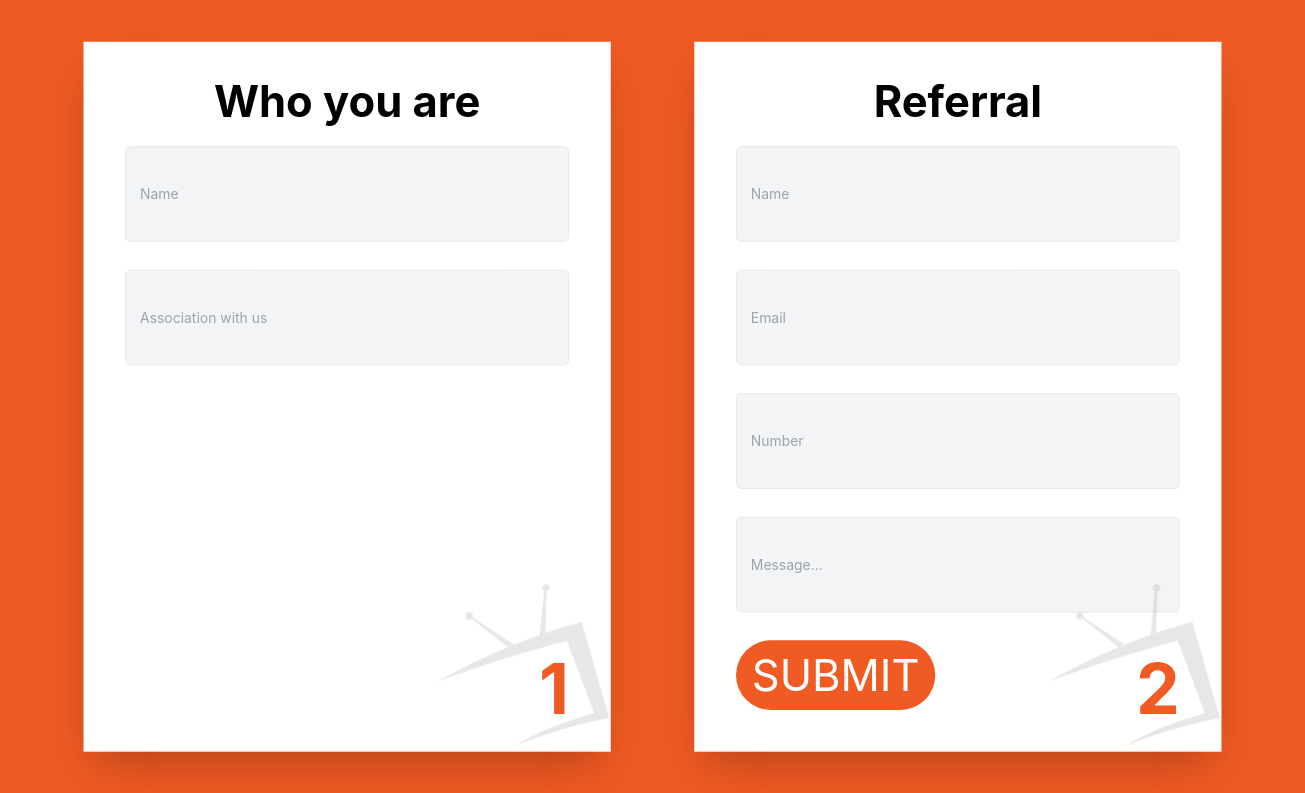
Repository: legenddev1202/whyclicktv
Page: /referrel
An editor plug-in stored every save of this project. The page is shown before and after a run of saves, followed by the edit.
The browser window is 1280 px wide. The page is 1500 px wide, so the pictures cover 1500 px, including what lies to the right of the window. The pictures show the whole page, at 87% of full size.
The project was rebuilt for these pictures with package versions that can differ from the ones it lists, and the page was loaded fresh each time. Also part of the build but not shown: src/App.css, src/pages/home.js, src/pages/about.js, src/pages/contact.js, src/pages/partners.js.

Above is the page before, as saved 2022-03-31 15:16:19.

After the next 2 saves:
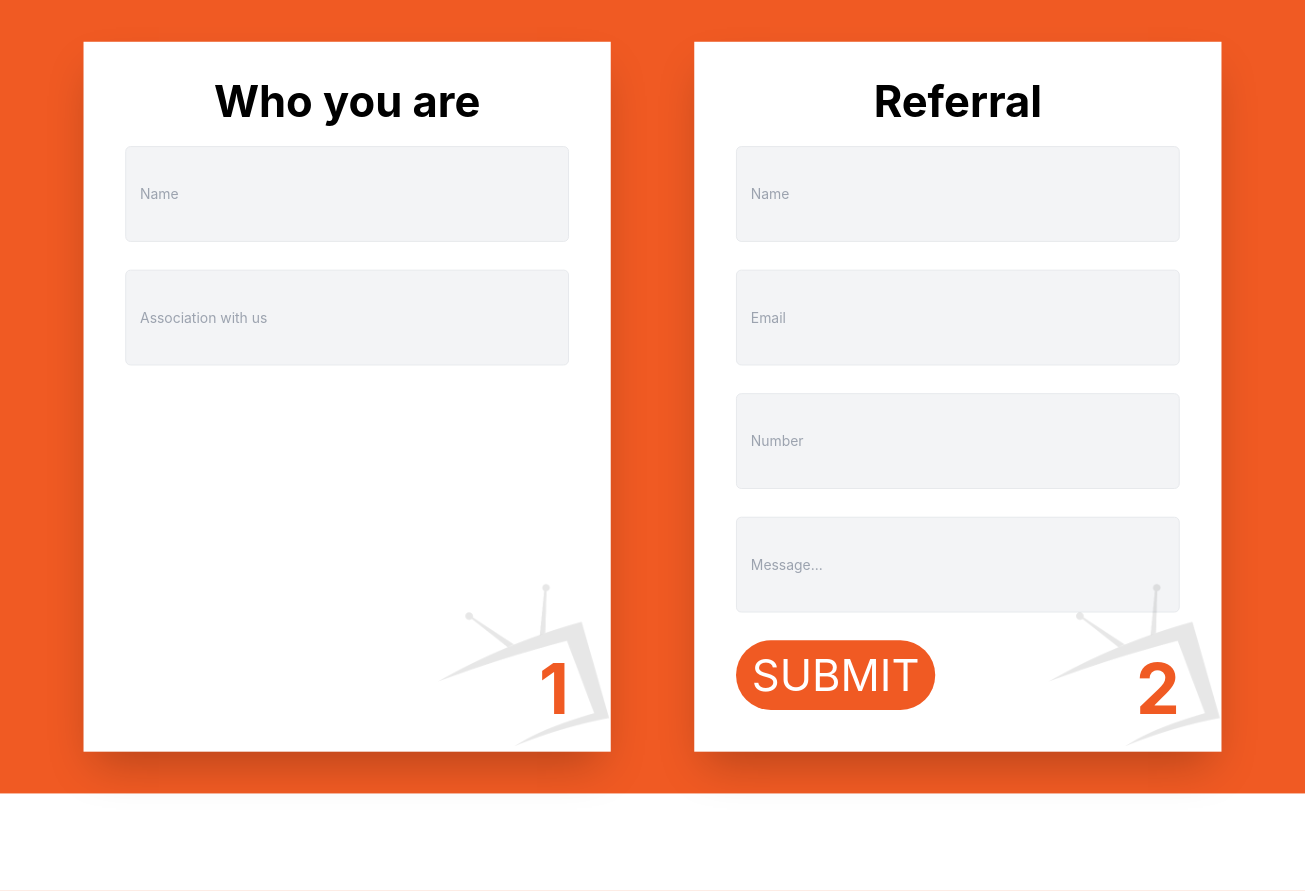
The 2 saves are shown as one change because they came seconds apart.
The last was saved 25 min 24 s later.
--- a/src/index.css
+++ b/src/index.css
@@ -10,7 +10,7 @@
   -webkit-font-smoothing: antialiased;
   -moz-osx-font-smoothing: grayscale;
   height: 100%;
-  min-height: 700px;
+  min-height: 1024px;
   min-width: 1500px;
 }
 

After the save that followed:
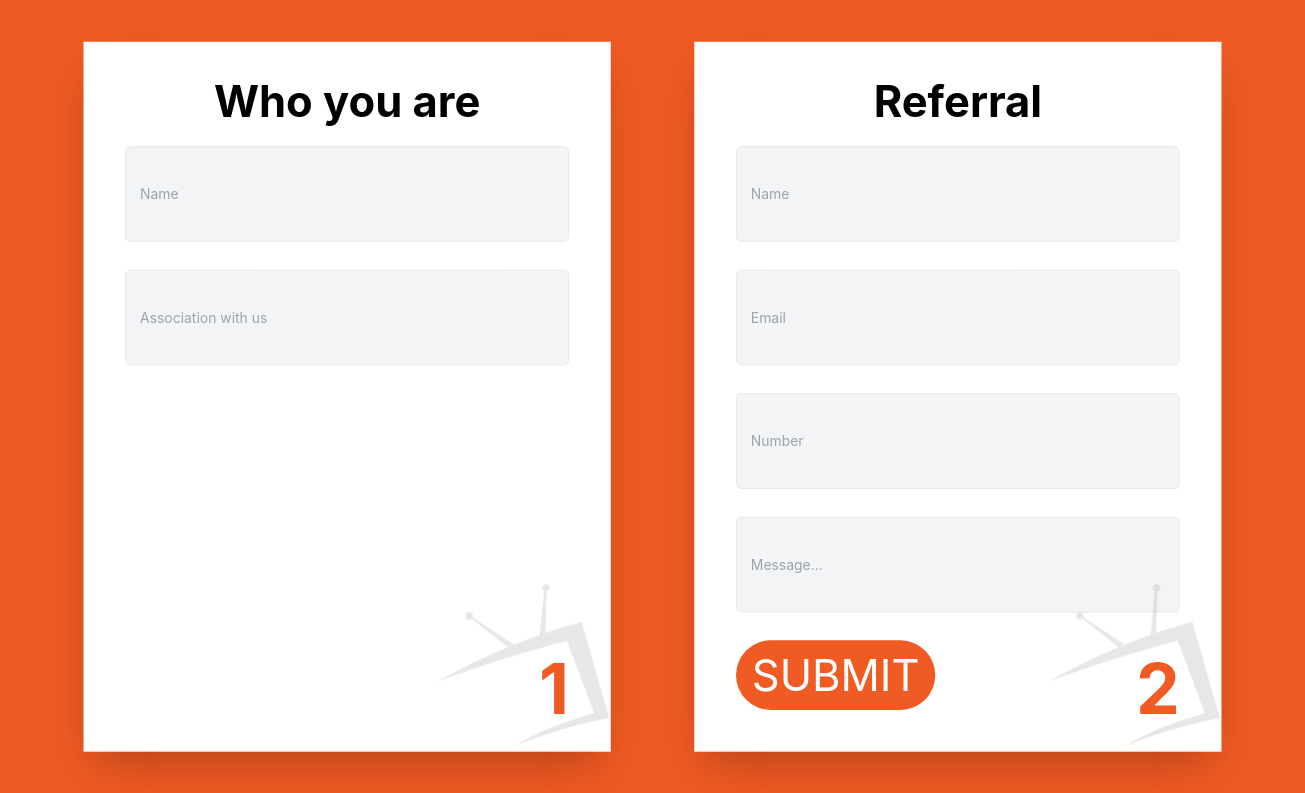
Saved 15 s later.
--- a/src/index.css
+++ b/src/index.css
@@ -10,7 +10,7 @@
   -webkit-font-smoothing: antialiased;
   -moz-osx-font-smoothing: grayscale;
   height: 100%;
-  min-height: 1024px;
+  min-height: 900px;
   min-width: 1500px;
 }
 
